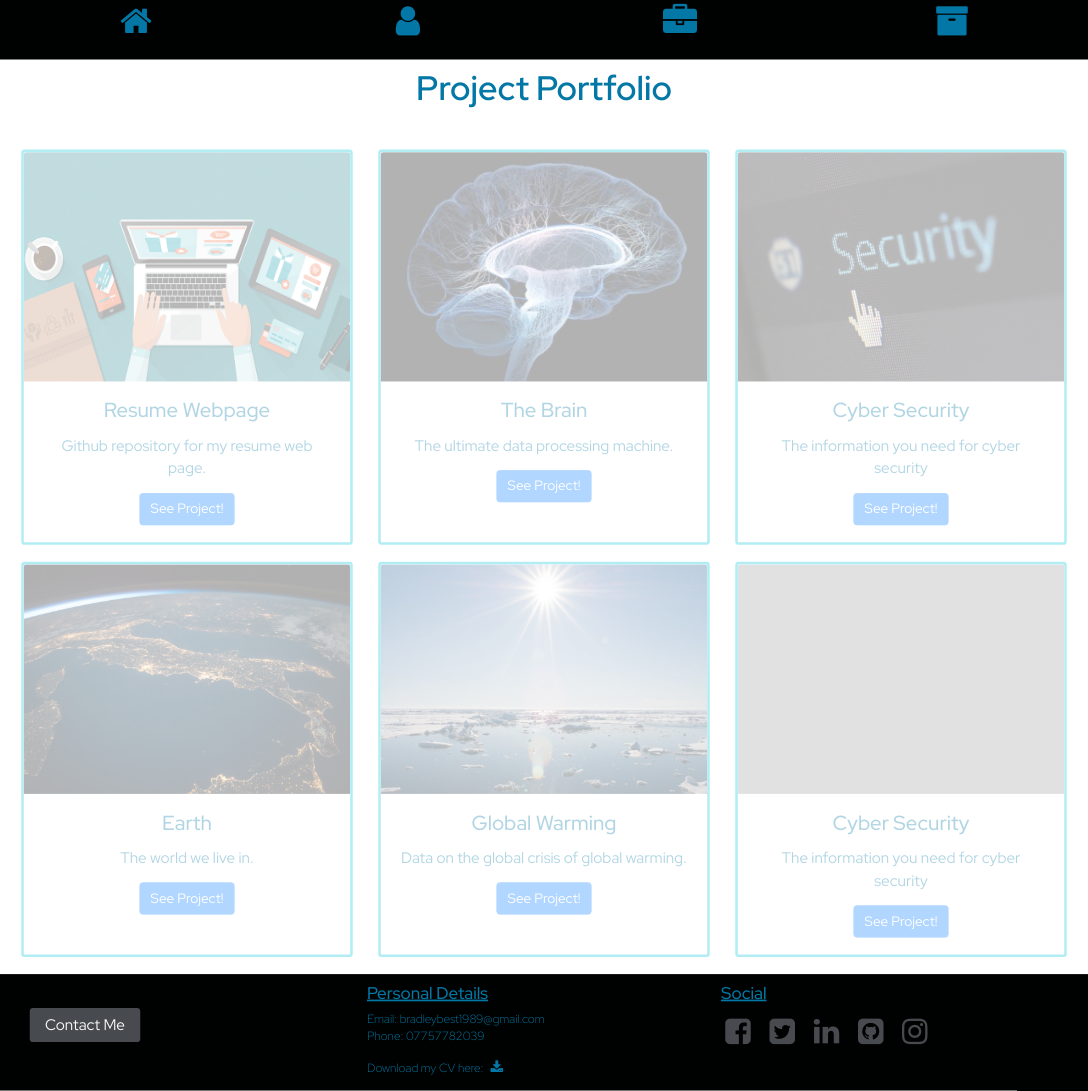
Repository: Brad000/Resume-project
Page: projects.html
The author's editor kept a record of every edit. The page is drawn from the files as they stood at one moment, then again after the next edit.
The browser window is 1280 px wide. The pictures show the whole page, at 85% of full size.
Pictures or frames that could not be fetched are drawn as grey boxes.

Above is the page before.

After the next edit:
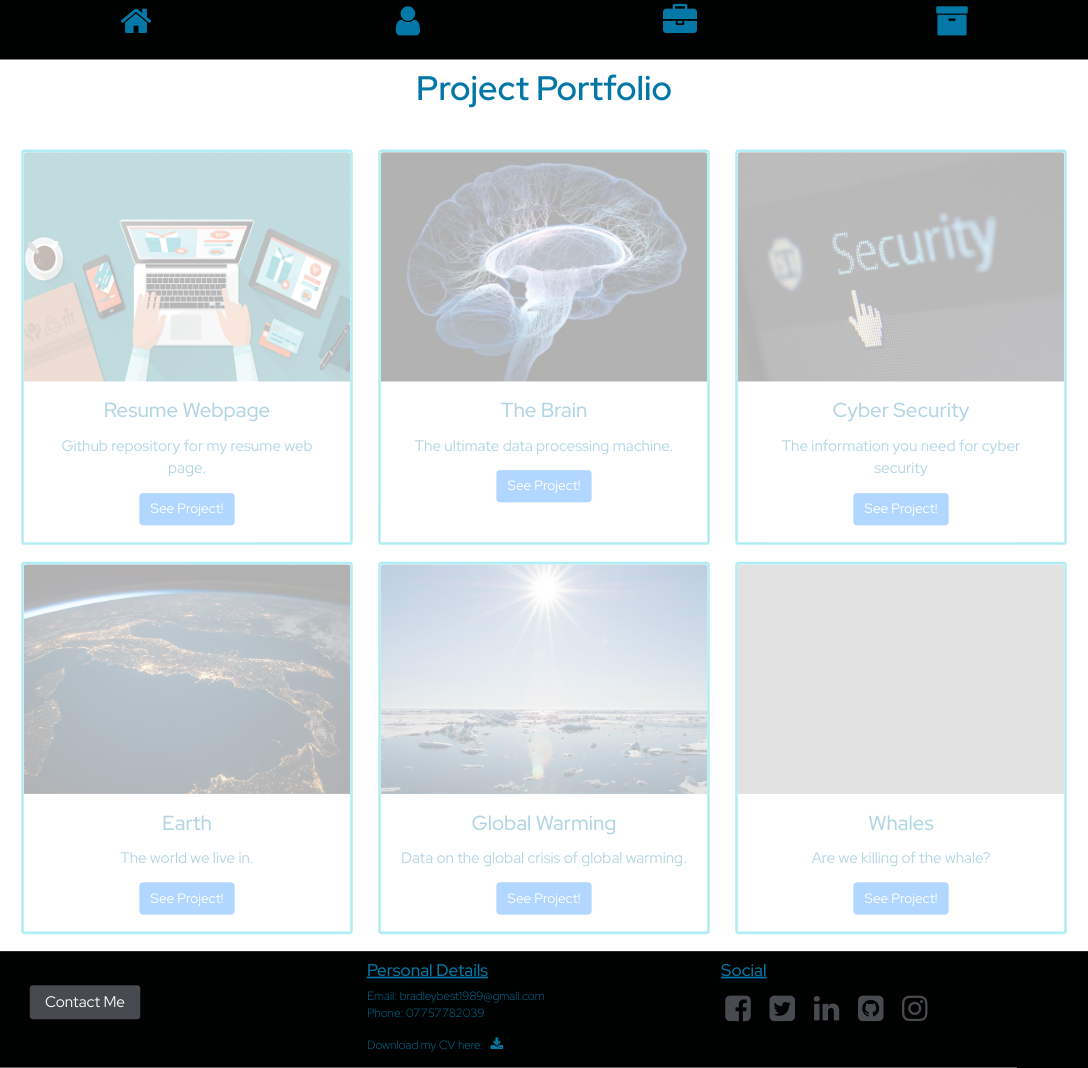
The edit:
--- a/projects.html
+++ b/projects.html
@@ -96,8 +96,8 @@
         <div class="card text-center">
             <img src="assets/images/whale.jpg" class="card-img-top" alt="Picture of a whales fin">
             <div class="card-body">
-                <h5 class="card-title">Cyber Security</h5>
-                <p class="card-text">The information you need for cyber security</p>
+                <h5 class="card-title">Whales</h5>
+                <p class="card-text">Are we killing of the whale?</p>
                 <a href="#" class="btn btn-primary">See Project!</a>
             </div>
         </div>
